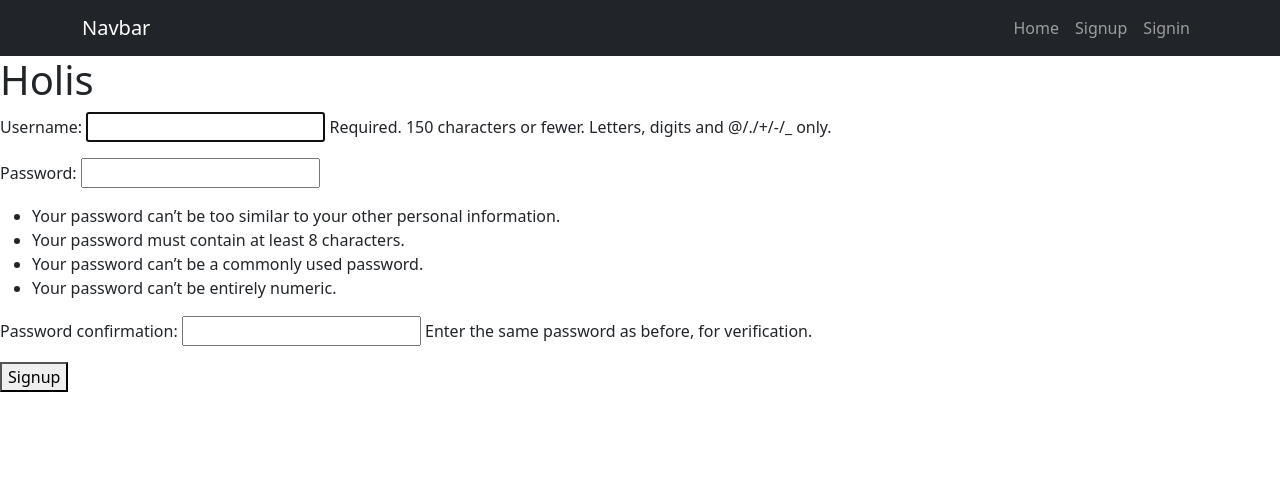
Repository: dbettancourt/django-auth-crud
Page: http://localhost/signup/
These files come from the project's save history. The page is drawn as it stood at one moment and after the next save; the edit follows.
The browser window is 1280 px wide. The pictures show the whole page.
The page is served by the project's application, run on Django 4.2 (manage.py).

Above is the page before, as saved 2023-06-06 10:32:54.

After the next save:
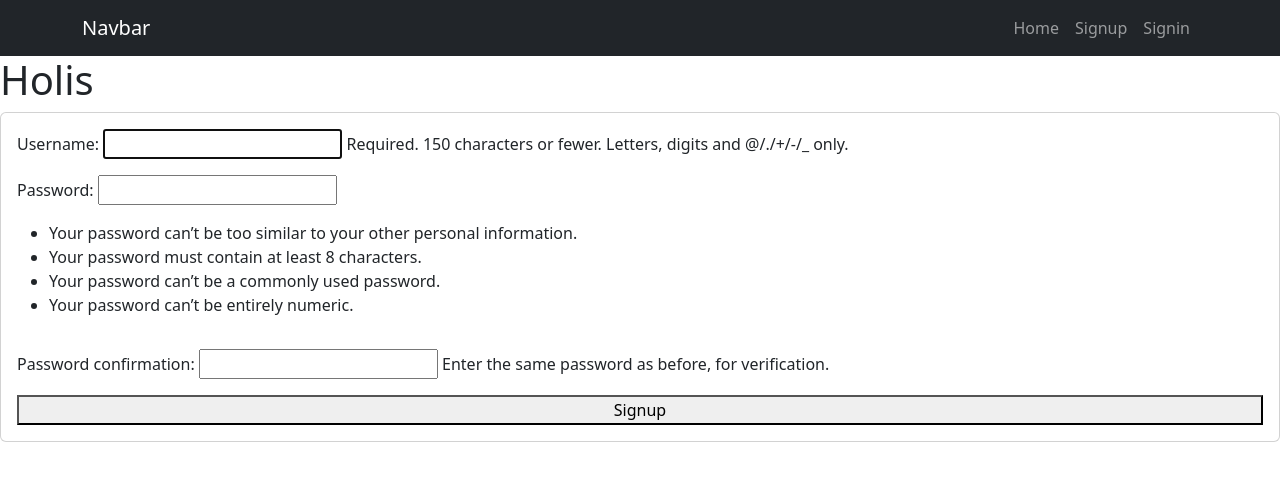
Saved 5 min 42 s later.
--- a/tasks/templates/signup.html
+++ b/tasks/templates/signup.html
@@ -5,7 +5,7 @@
 
 {{error}}
 
-<form action="/signup/" method="POST">
+<form method="POST" class="card card-body">
     {% csrf_token %}
     {{form.as_p}}
 
